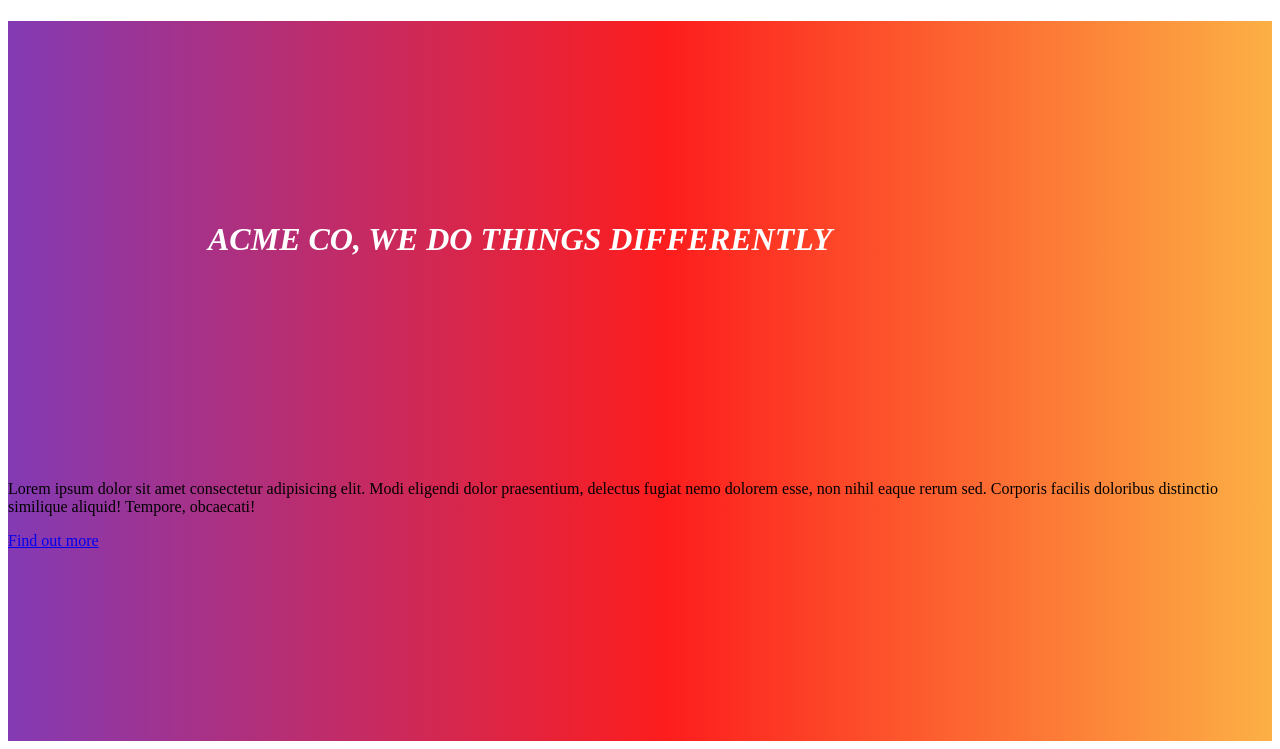
Repository: sristigupta04/basic-js-project
Page: gradient/gr.html
The author's editor kept a copy of each file at every save. The page is drawn from the files as they stood at one save, then again after a run of saves.
The browser window is 1280 px wide. The pictures show the whole page.

Above is the page before, as saved 2025-11-03 00:11:02.

After the next 2 saves:
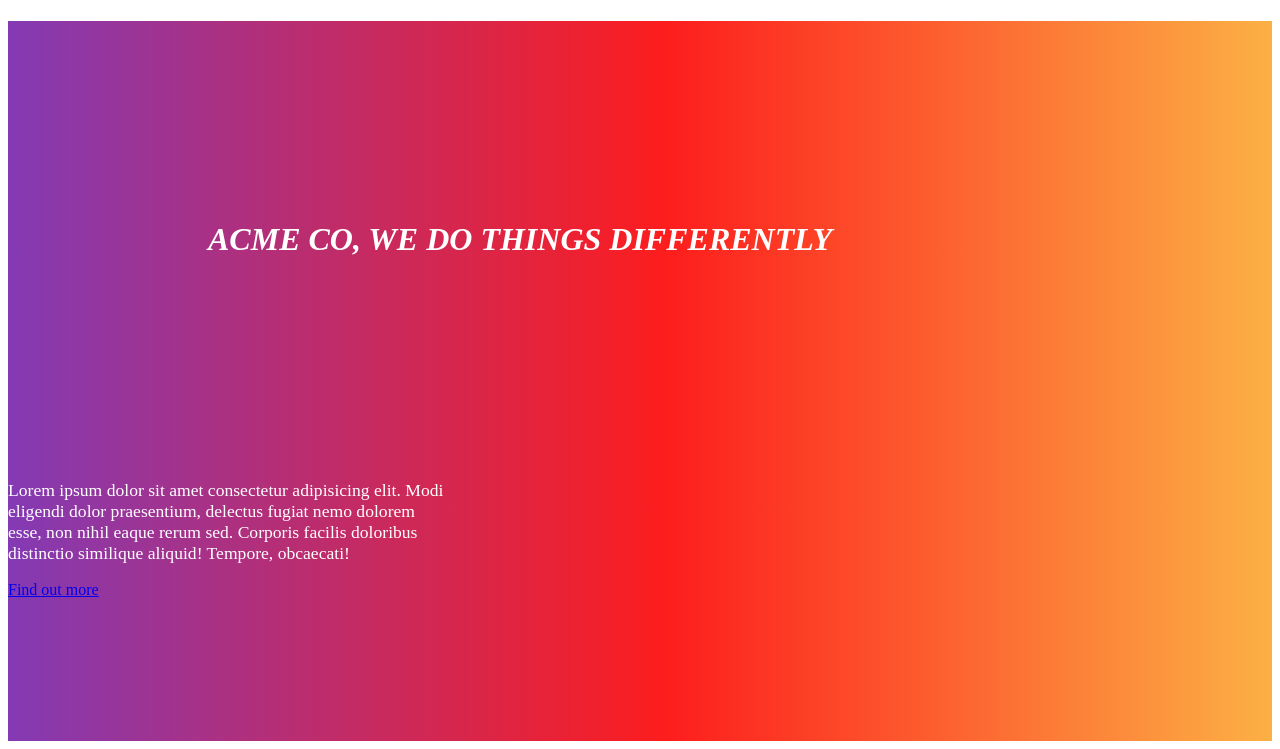
The 2 saves are shown as one change because they came seconds apart.
The last was saved 28 s later.
--- a/gradient/gr.css
+++ b/gradient/gr.css
@@ -19,11 +19,10 @@ background: linear-gradient(90deg, rgba(131, 58, 180, 1) 0%, rgba(253, 29, 29, 1
     font-feature-settings: "aalt";
     font: optional;
 }
-.second{
+.intro p{
     color:white;
     justify-content: center;
     justify-items: center;
-    font-style: italic;
-    font-feature-settings: "aalt";
-    font: optional;
+    font-size: 1.1rem;
+  max-width: 50ch;
 }
